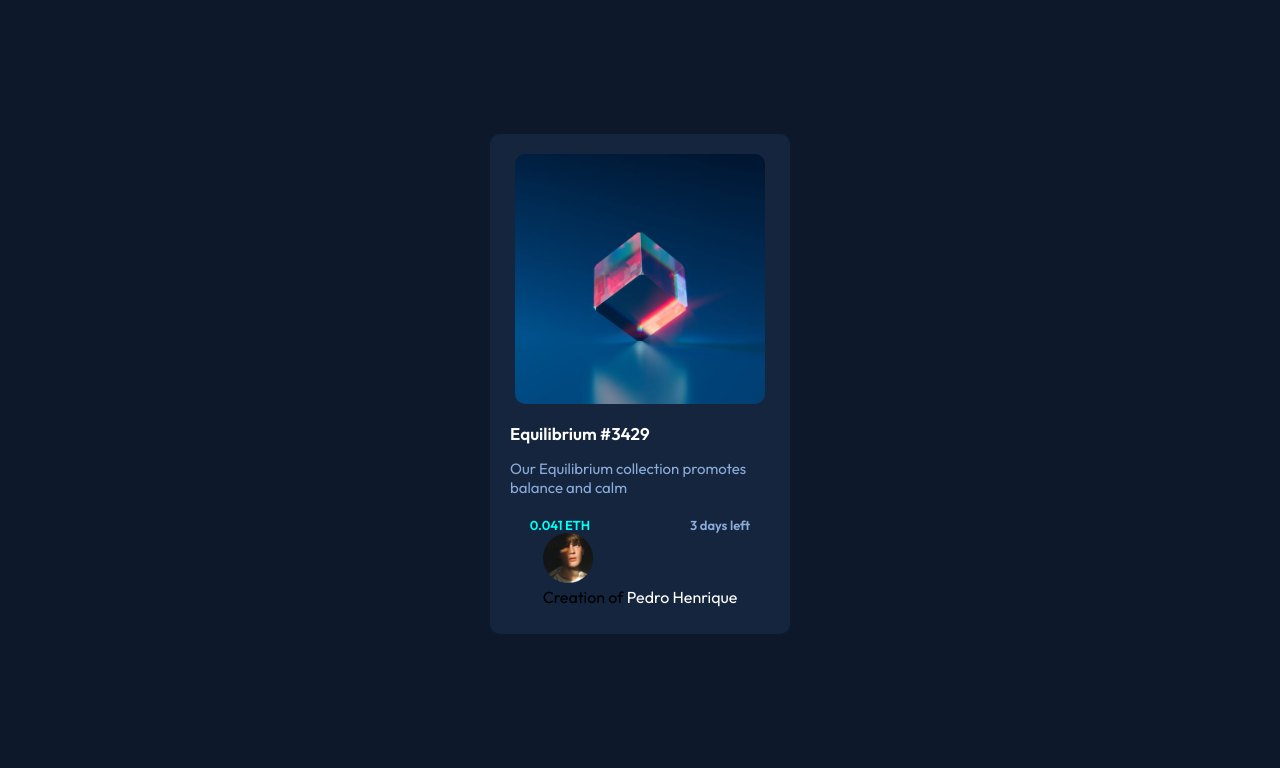
Repository: PedroHEAA/nft
Page: index.html
The author's editor kept a copy of each file at every save. The page is drawn from the files as they stood at one save, then again after a run of saves.
The browser window is 1280 px wide. The pictures show the whole page.

Above is the page before, as saved 2022-11-03 20:46:27.

After the next 2 saves:
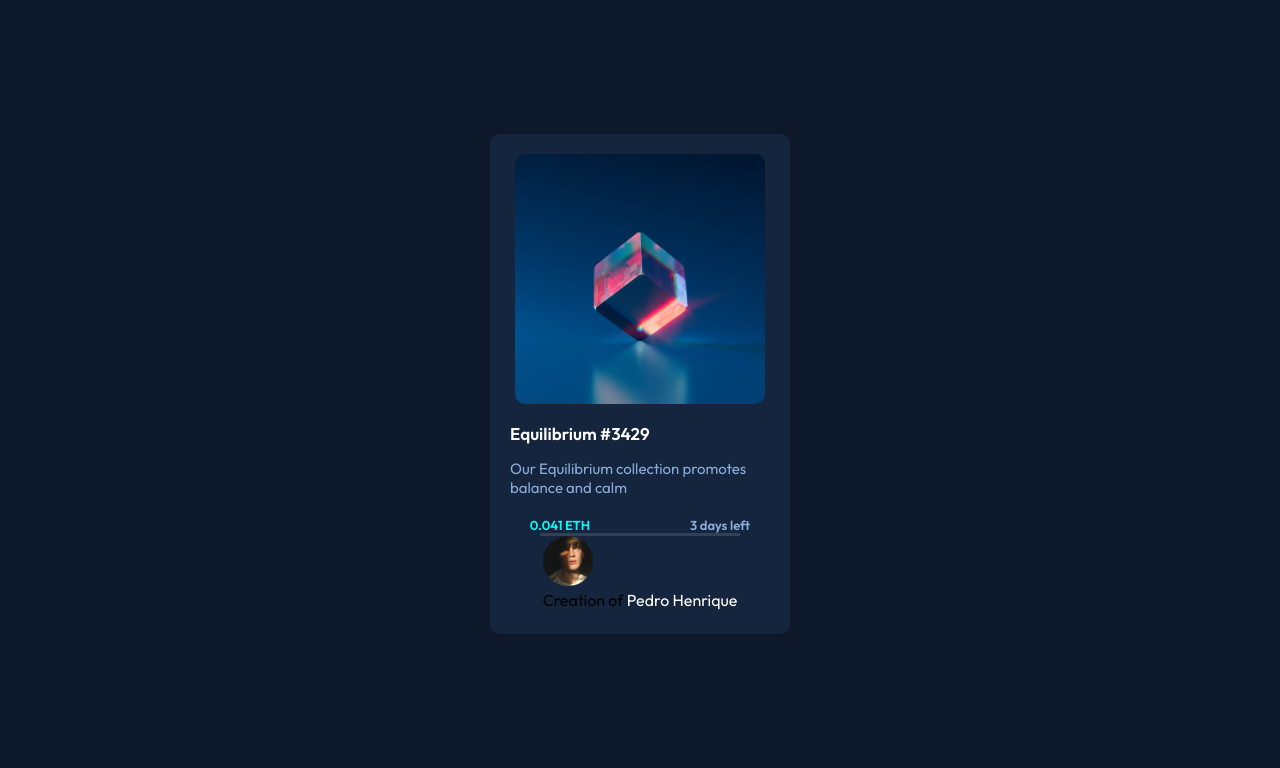
The 2 saves are shown as one change because they came seconds apart.
The last was saved 16 s later.
--- a/src/css/style.css
+++ b/src/css/style.css
@@ -65,5 +65,6 @@
 .line{
     background-color: var(--line-color);
     width: 200px;
+    height: 3px;
     border-width: 0;
 }
